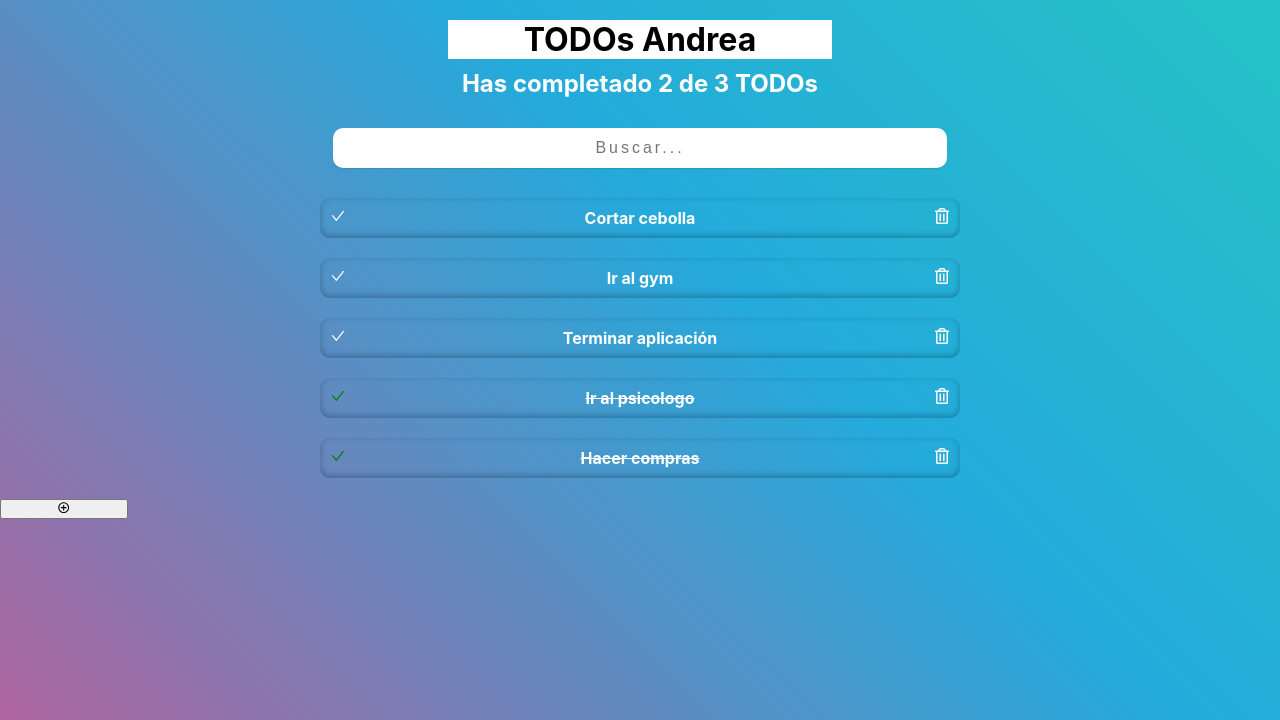
Repository: Pandrea-hub/TODOs
Page: /
The author's editor kept a copy of each file at every save. The page is drawn from the files as they stood at one save, then again after the next save.
The browser window is 1280 px wide. The pictures show the whole page.
The project was rebuilt for these pictures with package versions that can differ from the ones it lists, and the page was loaded fresh each time. Also part of the build but not shown: src/TodoList.css.

Above is the page before, as saved 2022-06-07 11:09:22.

### src/index.js
import React from 'react';
import ReactDOM from 'react-dom/client';
import './index.css';
import App from './App';


const root = ReactDOM.createRoot(document.getElementById('root'));
root.render(
  <App/>
);

### src/index.css
body {
  margin: 0;
  font-family: -apple-system, BlinkMacSystemFont, 'Segoe UI', 'Roboto', 'Oxygen',
    'Ubuntu', 'Cantarell', 'Fira Sans', 'Droid Sans', 'Helvetica Neue',
    sans-serif;
  -webkit-font-smoothing: antialiased;
  -moz-osx-font-smoothing: grayscale;
}

code {
  font-family: source-code-pro, Menlo, Monaco, Consolas, 'Courier New',
    monospace;
}

#root{
  width: 100%;
  height: 100%;
  position: absolute;
  background: linear-gradient(45deg,#F17C58, #E94584, #24AADB , #27DBB1,#FFDC18, #FF3706);
  background-size: 600% 100%;
  animation: gradient 16s linear infinite;
  animation-direction: alternate;
}

@keyframes gradient {
  0% {background-position: 0%}
  100% {background-position: 100%}
}

### src/App.js
import './App.css';
import React from 'react';
import { TodoCounter } from './TodoCounter';
import { TodoItem } from './TodoItem';
import { CreateTodoButton } from './CreateTodoButton';
import { TodoList } from './TodoList';
import { TodoSearch } from './TodoSearch';


const todos = [
  {text: 'Cortar cebolla',completed: false},
  {text: 'Ir al gym',completed: false},
  {text: 'Terminar aplicación',completed: false},
  {text: 'Ir al psicologo', completed:true},
  {text: 'Hacer compras', completed:true},
]


function App() {
  return (
    <React.Fragment>
      <TodoCounter />
      <TodoSearch />


      <TodoList>
        {todos.map(todo =>(
          <TodoItem key={todo.text} text={todo.text} completed={todo.completed}/>
        ))}
      </TodoList>
      <CreateTodoButton />
    </React.Fragment>

  );
}

export default App;

### src/App.css
*{
  margin: 0;
  padding: 0;
  box-sizing: border-box;
}

.App {
  text-align: center;
}


.App-logo {
  height: 40vmin;
  pointer-events: none;
}

@media (prefers-reduced-motion: no-preference) {
  .App-logo {
    animation: App-logo-spin infinite 20s linear;
  }
}

.App-header {
  background-color: #282c34;
  min-height: 100vh;
  display: flex;
  flex-direction: column;
  align-items: center;
  justify-content: center;
  font-size: calc(10px + 2vmin);
  color: white;
}

.App-link {
  color: #61dafb;
}

@keyframes App-logo-spin {
  from {
    transform: rotate(0deg);
  }
  to {
    transform: rotate(360deg);
  }
}

### src/TodoCounter.js
import React from 'react';
import './TodoCounter.css';

function TodoCounter(){
    return (
        <div className='title'>
            <h1>TODOs Andrea</h1>
            <h2 className='TodoCounter'>Has completado 2 de 3 TODOs</h2>
        </div>
    );
}

export { TodoCounter };

### src/TodoItem.js
import React from 'react';
import './TodoItem.css';
import {AiOutlineCheck} from 'react-icons/ai';
import {FaRegTrashAlt} from 'react-icons/fa';

function TodoItem(props){
    return (
        <li className='TodoItem'>
            <span className={`Icon Icon-check ${props.completed && 'Icon-check--activate' }`}>
                <AiOutlineCheck />
            </span>
            <p className={`TodoItem-p ${props.completed && 'TodoItem-p--complete'}`}>
                {props.text}
            </p>
            <span className='Icon Icon-delete'>
               <FaRegTrashAlt />
            </span>
        </li>
    );

}

export {TodoItem};

### src/CreateTodoButton.js
import React from 'react';
import {IoMdAddCircleOutline} from 'react-icons/io';
import './CreateTodoButton.css';


function CreateTodoButton(){
    return(
        <button>
            <IoMdAddCircleOutline />
        </button>
    );
}

export {CreateTodoButton};

### src/TodoList.js
import React from "react";
import './TodoList.css';

function TodoList(props){
    return(
        <section>
            <ul>
                {props.children}
            </ul>
        </section>

    );
}


export {TodoList};

### src/TodoSearch.js
import React from 'react';
import './TodoSearch.css';

function TodoSearch(){
    return(
        <input placeholder="Buscar..." />
    );
}

export { TodoSearch};

### src/TodoCounter.css
.title{
    text-align: center;
    color:white;
    margin: 20px auto;
}

.title h1{
    color:black;
    background-color:white;
    width: 30%;
    margin: 10px auto;
}

@media screen and (max-width:800px) {
    .title h1{
        width: 50%;
    }
}

### src/TodoItem.css
li{
    display: flex;
    padding: 10px;
    width: 50%;
    color:white;
    font-weight: bold;
    justify-content: space-between;
    border-radius: 10px;
    box-shadow: rgba(50, 50, 93, 0.25) 0px 50px 100px -20px, rgba(0, 0, 0, 0.3) 0px 30px 60px -30px, rgba(10, 37, 64, 0.35) 0px -2px 6px 0px inset;
    margin: 20px auto;
}

.Icon-check--activate{
    color:green;
}

.TodoItem-p--complete{
    text-decoration:line-through;
}

.Icon-delete:hover{
    color:purple;
}

### src/CreateTodoButton.css
button{
    margin: 0 auto;
    width: 10%;
}

### src/TodoSearch.css
input {
    outline: none;
    width: 80%;
    height: 40px;
    margin: 10px 10%;
    text-align: center;
    letter-spacing: 3px;
    font-size: 16px;
    border:none;
    border-radius: 10px;
    box-shadow: 0 1px 1px 0 rgb(0 0 0 / 10%);
   max-width: 614px;
}

@media screen and (min-width:768px) {
    input{
        margin: 10px calc(50% - 307px);
    }
}

Loaded but not shown: public/index.html (common file)

After the next save:
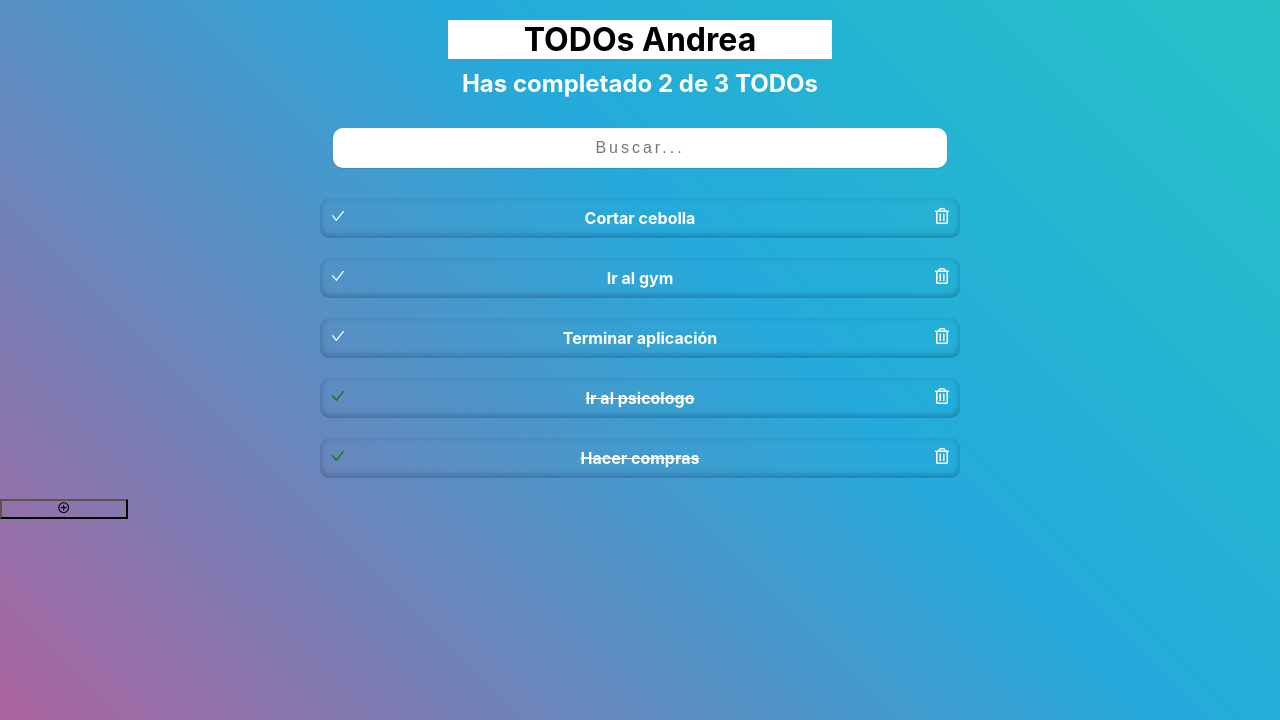
Saved 11 s later.
--- a/src/CreateTodoButton.css
+++ b/src/CreateTodoButton.css
@@ -1,4 +1,5 @@
 button{
     margin: 0 auto;
     width: 10%;
+    background-color: transparent;
 }
